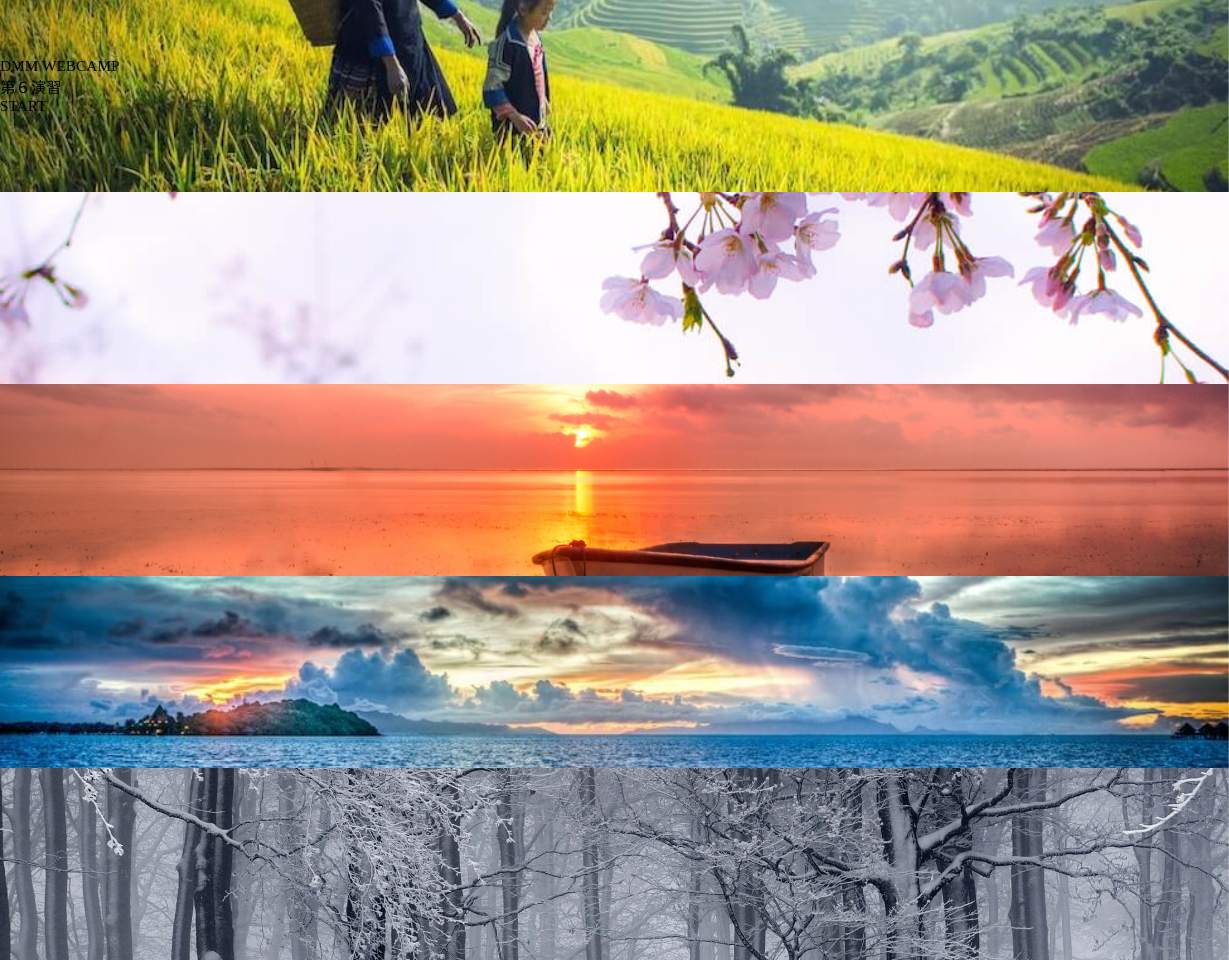
Repository: daisuketoyota/dmmwebxamp-toyota
Page: infratop/index.html
The author's editor kept a record of every edit. The page is drawn from the files as they stood at one moment, then again after the next edit.
The browser window is 1280 px wide. The pictures show the whole page, at 96% of full size.

Above is the page before.

### infratop/index.html
<!DOCTYPE html>
<html lang="jp">
    <head>
       <meta charset="UTF-8" />
       <link rel="stylesheet" href="style.css" type="text/css" />
       <title>第６演習</title>
    </head>

    <body>
        <div class="dmm">
            <p class="dmmtext">
            DMM WEBCAMP<br />
            第６演習<br />
            START
            </p>
        </div>
        <div class="asia"></div>
        <div class="asia2"></div>
        <div class="asia3"></div>
        <div class="asia4"></div>
    </body>
</html>

### infratop/style.css
* {
  margin: 0;
  padding: 0;
  box-sizing: border-box;
  color: #6c6b6b;
}

.dmm{
    height:200px;
    background-image: url(img/asia.jpg);
    background-size: cover;
    background-position: center;
    padding-top: 60px; /* 上側の内側余白で垂直方向の位置を調整 */
}

.dmmtext{
    color: black;
    text-align: left; /* 文字を中央揃えにする */
}

.asia{
  height: 200px;
  background-image: url(img/japan.jpg);
  background-size: cover;
  background-position: center;
}

.asia2{
    height: 200px;
  background-image: url(img/sunset.jpg);
  background-size: cover;
  background-position: center;
}

.asia3{
    height: 200px;
  background-image: url(img/mv.jpg);
  background-size: cover;
  background-position: center;
}

.asia4{
    height: 200px;
  background-image: url(img/snow.jpg);
  background-size: cover;
  background-position: center;
}

After the next edit:
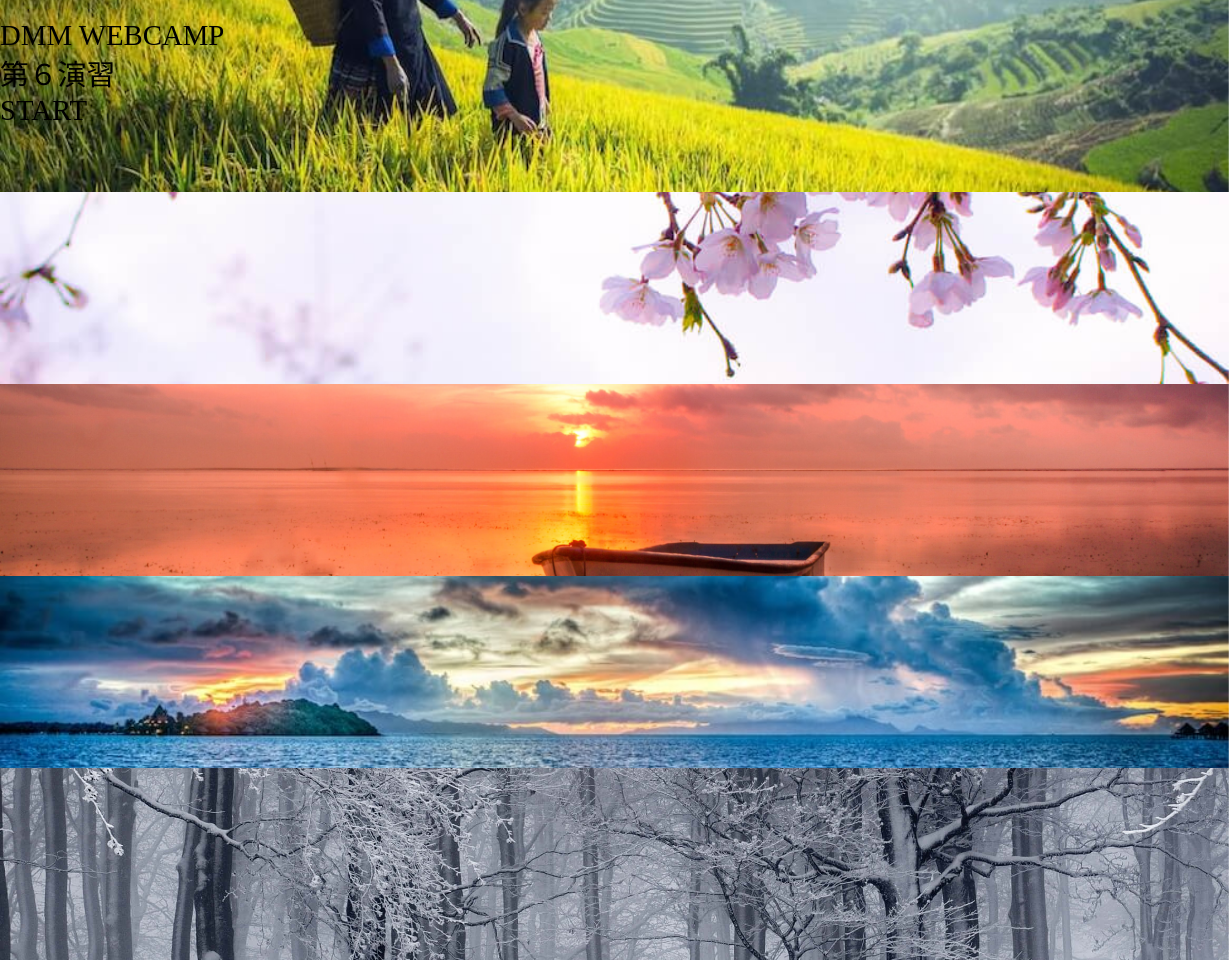
The edit:
--- a/infratop/style.css
+++ b/infratop/style.css
@@ -10,7 +10,8 @@
     background-image: url(img/asia.jpg);
     background-size: cover;
     background-position: center;
-    padding-top: 60px; /* 上側の内側余白で垂直方向の位置を調整 */
+    padding-top: 20px; /* 上側の内側余白で垂直方向の位置を調整 */
+    font-size: 30px;
 }
 
 .dmmtext{
